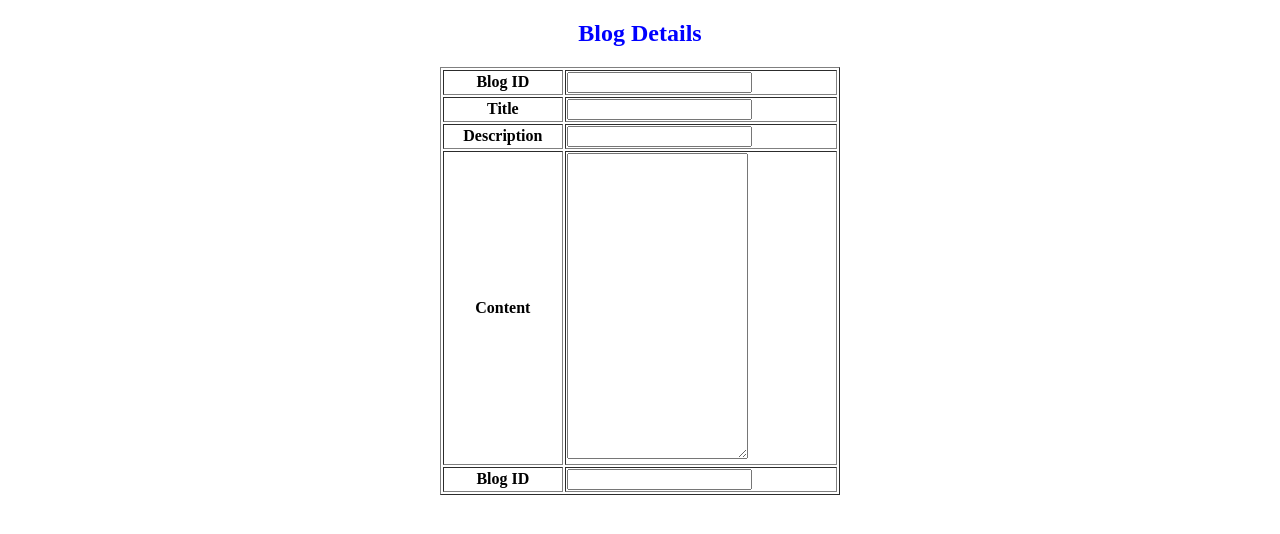
Repository: choubeyshubham018/CompleteJavaQuestions
Page: http://localhost/Ques_17_ServletBlogApplication/blog.jsp
The author's editor kept a copy of each file at every save. The page is drawn from the files as they stood at one save, then again after the next save.
The browser window is 1280 px wide. The pictures show the whole page.
The page is served by Tomcat 9. Other server files are loaded and not shown.

Above is the page before, as saved 2023-09-19 07:18:56.

### Servlet Assignment/Ques_17_ServletBlogApplication/src/main/webapp/blog.jsp
<%@ page language="java" contentType="text/html; charset=ISO-8859-1"
    pageEncoding="ISO-8859-1"%>
<!DOCTYPE html>
<html>
<head>
<meta charset="ISO-8859-1">
<title>Blogging Page</title>
</head>
<body>
<h2 style="text-align: center; color: blue;"> Blog Details</h2>
<form action="/blog" method="post">
<table align="center" border="1" width="400 px">
<tr>
	<th>Blog ID  </th>
	<td><input type="text" name="bid"></td>
</tr>

<tr>
	<th>Title  </th>
	<td><input type="text" name="title"></td>
</tr>
<tr>
	<th>Description  </th>
	<td><input type="text" name="bid"></td>
</tr>
<tr>
	<th>Content</th>
	<td><textarea rows="20" cols="20" name="content"></textarea></td>
</tr>
<tr>
	<th>Blog ID</th>
	<td><input type="text" name="bid"></td>
</tr>
</table>
</form>
</body>
</html>

After the next save:
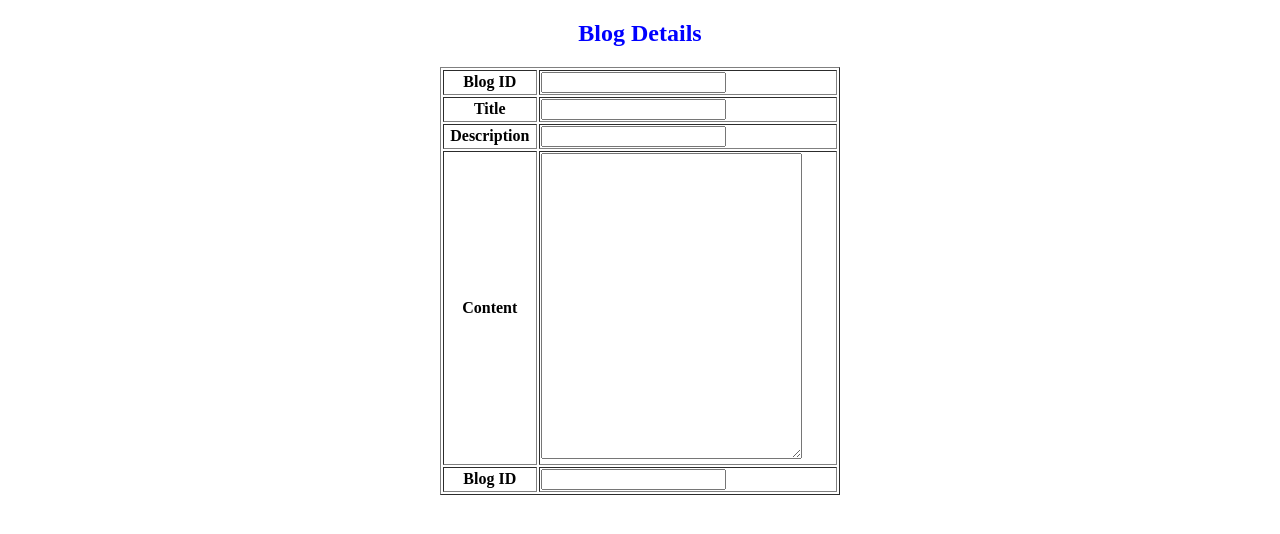
Saved 14 s later.
--- a/Servlet Assignment/Ques_17_ServletBlogApplication/src/main/webapp/blog.jsp
+++ b/Servlet Assignment/Ques_17_ServletBlogApplication/src/main/webapp/blog.jsp
@@ -25,7 +25,7 @@
 </tr>
 <tr>
 	<th>Content</th>
-	<td><textarea rows="20" cols="20" name="content"></textarea></td>
+	<td><textarea rows="20" cols="30" name="content"></textarea></td>
 </tr>
 <tr>
 	<th>Blog ID</th>
